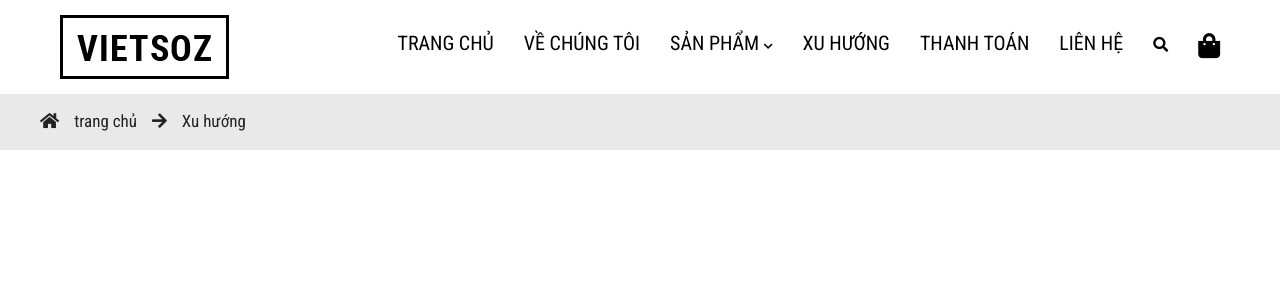
Repository: vinhtk0209/Vietsoz-reponsive
Page: index.html
These files come from the project's save history. The page is drawn as it stood at one moment and after a run of saves; the edit follows.
The browser window is 1280 px wide. The pictures show the whole page.

Above is the page before, as saved 2021-10-23 16:47:27.

### index.html
<!DOCTYPE html>
<html lang="en">
  <head>
    <meta charset="UTF-8" />
    <meta http-equiv="X-UA-Compatible" content="IE=edge" />
    <meta name="viewport" content="width=device-width, initial-scale=1.0" />
    <link rel="stylesheet" href="assets/css/reset.css" />
    <link rel="stylesheet" href="assets/css/global.css" />
    <link rel="stylesheet" href="assets/css/main.css" />
    <link rel="stylesheet" href="assets/fontawesome/css/all.css" />
    <link rel="stylesheet" href="assets/css/reponsive.css">
    <link rel="preconnect" href="https://fonts.googleapis.com" />
    <link rel="preconnect" href="https://fonts.gstatic.com" crossorigin />
    <link
      href="https://fonts.googleapis.com/css2?family=Roboto:ital,wght@0,100;0,300;0,400;0,500;0,700;0,900;1,100;1,300;1,400;1,500;1,700;1,900&display=swap"
      rel="stylesheet"
    />
    <link rel="preconnect" href="https://fonts.googleapis.com" />
    <link rel="preconnect" href="https://fonts.gstatic.com" crossorigin />
    <link
      href="https://fonts.googleapis.com/css2?family=Roboto+Condensed:ital,wght@0,300;0,400;0,700;1,300;1,400;1,700&display=swap"
      rel="stylesheet"
    />
    <div id="fb-root"></div>
    <script
      async
      defer
      crossorigin="anonymous"
      src="https://connect.facebook.net/vi_VN/sdk.js#xfbml=1&version=v11.0"
      nonce="ecJjSUD8"
    ></script>
    <title>VIESOZ</title>
  </head>

  <body>
    <!-- wrapper starts -->
    <div class="wrapper">
      <!-- header starts -->
      <header class="header">
        <div class="container">
          <div
            class="wp-header-top d-flex align-i-center justify-content-between"
          >
            <div class="header-banner">
              <img src="assets/images/logo.png" alt="" />
            </div>
            <nav class="header-main-menu">
              <ul class="d-flex">
                <li><a href="">trang chủ</a></li>
                <li><a href="">về chúng tôi</a></li>
                <li>
                  <a href=""
                    >sản phẩm
                    <span class="arrow-down"
                      ><i class="fas fa-chevron-down"></i></span
                  ></a>
                  <ul class="sub-meu">

                  </ul>
                </li>
                <li><a href="">xu hướng</a></li>
                <li><a href="">thanh toán</a></li>
                <li><a href="">liên hệ</a></li>
                <li>
                  <a href=""
                    ><span class="search"><i class="fas fa-search"></i></span
                  ></a>
                </li>
                <li>
                  <a href="" class="shopping-cart"
                    ><span class="icon-cart"
                      ><i class="fas fa-shopping-bag"></i></span
                  ></a>
                </li>
              </ul>
            </nav>
          </div>
        </div>
        <div class="wp-head-extra-menu">
          <ul class="list-menu-header-extra d-flex container">
            <li>
              <a href="">
                <span class="home-icon">
                  <i class="fas fa-home"></i>
                </span>
              </a>
            </li>

            <li class="home-text">
              <a href="">trang chủ</a>
            </li>
            <li>
              <a href="">
                <span class="arrow-righ">
                  <i class="fas fa-arrow-right"></i>
                </span>
              </a>
            </li>
            <li class="trend">
              <a href="">Xu hướng</a>
            </li>
          </ul>
        </div>

      </header>
      <!-- header ends -->

      <!-- content starts -->
      <!-- wp-content starts -->


      <!-- wp-content ends -->

      <!-- sidebar starts -->


      <!-- sidebar ends -->

      <!-- content ends -->

    </div>
    <!-- wrapper ends -->
  </body>
</html>

### assets/css/reset.css
/*
 * Bootstrap Reboot v4.3.1 (https://getbootstrap.com/)
 * Copyright 2011-2019 The Bootstrap Authors
 * Copyright 2011-2019 Twitter, Inc.
 * Licensed under MIT (https://github.com/twbs/bootstrap/blob/master/LICENSE)
 * Forked from Normalize.css, licensed MIT (https://github.com/necolas/normalize.css/blob/master/LICENSE.md)
 */

*,
*::before,
*::after {
    box-sizing: border-box;
}

html {
    font-family: sans-serif;
    line-height: 1.15;
    -webkit-text-size-adjust: 100%;
    -webkit-tap-highlight-color: rgba(0, 0, 0, 0);
}

article,
aside,
figcaption,
figure,
footer,
header,
hgroup,
main,
nav,
section {
    display: block;
}

body {
    margin: 0;
    font-family: -apple-system, BlinkMacSystemFont, "Segoe UI", Roboto, "Helvetica Neue", Arial, "Noto Sans", sans-serif, "Apple Color Emoji", "Segoe UI Emoji", "Segoe UI Symbol", "Noto Color Emoji";
    font-size: 1rem;
    font-weight: 400;
    line-height: 1.5;
    color: #212529;
    text-align: left;
    background-color: #fff;
}

[tabindex="-1"]:focus {
    outline: 0 !important;
}

hr {
    box-sizing: content-box;
    height: 0;
    overflow: visible;
}

h1,
h2,
h3,
h4,
h5,
h6 {
    margin-top: 0;
    margin-bottom: 0.5rem;
}

p {
    margin-top: 0;
    margin-bottom: 1rem;
}

abbr[title],
abbr[data-original-title] {
    text-decoration: underline;
    -webkit-text-decoration: underline dotted;
    text-decoration: underline dotted;
    cursor: help;
    border-bottom: 0;
    -webkit-text-decoration-skip-ink: none;
    text-decoration-skip-ink: none;
}

address {
    margin-bottom: 1rem;
    font-style: normal;
    line-height: inherit;
}

ol,
ul,
dl {
    margin-top: 0;
    margin-bottom: 1rem;
}

ol ol,
ul ul,
ol ul,
ul ol {
    margin-bottom: 0;
}

dt {
    font-weight: 700;
}

dd {
    margin-bottom: .5rem;
    margin-left: 0;
}

blockquote {
    margin: 0 0 1rem;
}

b,
strong {
    font-weight: bolder;
}

small {
    font-size: 80%;
}

sub,
sup {
    position: relative;
    font-size: 75%;
    line-height: 0;
    vertical-align: baseline;
}

sub {
    bottom: -.25em;
}

sup {
    top: -.5em;
}

a {
    color: #007bff;
    text-decoration: none;
    background-color: transparent;
}

a:hover {
    color: #0056b3;
    text-decoration: underline;
}

a:not([href]):not([tabindex]) {
    color: inherit;
    text-decoration: none;
}

a:not([href]):not([tabindex]):hover,
a:not([href]):not([tabindex]):focus {
    color: inherit;
    text-decoration: none;
}

a:not([href]):not([tabindex]):focus {
    outline: 0;
}

pre,
code,
kbd,
samp {
    font-family: SFMono-Regular, Menlo, Monaco, Consolas, "Liberation Mono", "Courier New", monospace;
    font-size: 1em;
}

pre {
    margin-top: 0;
    margin-bottom: 1rem;
    overflow: auto;
}

figure {
    margin: 0 0 1rem;
}

img {
    vertical-align: middle;
    border-style: none;
}

svg {
    overflow: hidden;
    vertical-align: middle;
}

table {
    border-collapse: collapse;
}

caption {
    padding-top: 0.75rem;
    padding-bottom: 0.75rem;
    color: #6c757d;
    text-align: left;
    caption-side: bottom;
}

th {
    text-align: inherit;
}

label {
    display: inline-block;
    margin-bottom: 0.5rem;
}

button {
    border-radius: 0;
}

button:focus {
    outline: 1px dotted;
    outline: 5px auto -webkit-focus-ring-color;
}

input,
button,
select,
optgroup,
textarea {
    margin: 0;
    font-family: inherit;
    font-size: inherit;
    line-height: inherit;
}

button,
input {
    overflow: visible;
}

button,
select {
    text-transform: none;
}

select {
    word-wrap: normal;
}

button,
[type="button"],
[type="reset"],
[type="submit"] {
    -webkit-appearance: button;
}

button:not(:disabled),
[type="button"]:not(:disabled),
[type="reset"]:not(:disabled),
[type="submit"]:not(:disabled) {
    cursor: pointer;
}

button::-moz-focus-inner,
[type="button"]::-moz-focus-inner,
[type="reset"]::-moz-focus-inner,
[type="submit"]::-moz-focus-inner {
    padding: 0;
    border-style: none;
}

input[type="radio"],
input[type="checkbox"] {
    box-sizing: border-box;
    padding: 0;
}

input[type="date"],
input[type="time"],
input[type="datetime-local"],
input[type="month"] {
    -webkit-appearance: listbox;
}

textarea {
    overflow: auto;
    resize: vertical;
}

fieldset {
    min-width: 0;
    padding: 0;
    margin: 0;
    border: 0;
}

legend {
    display: block;
    width: 100%;
    max-width: 100%;
    padding: 0;
    margin-bottom: .5rem;
    font-size: 1.5rem;
    line-height: inherit;
    color: inherit;
    white-space: normal;
}

progress {
    vertical-align: baseline;
}

[type="number"]::-webkit-inner-spin-button,
[type="number"]::-webkit-outer-spin-button {
    height: auto;
}

[type="search"] {
    outline-offset: -2px;
    -webkit-appearance: none;
}

[type="search"]::-webkit-search-decoration {
    -webkit-appearance: none;
}

::-webkit-file-upload-button {
    font: inherit;
    -webkit-appearance: button;
}

output {
    display: inline-block;
}

summary {
    display: list-item;
    cursor: pointer;
}

template {
    display: none;
}

[hidden] {
    display: none !important;
}


/*# sourceMappingURL=bootstrap-reboot.css.map */

### assets/css/global.css
/* .text-center{
    text-align: center;
}
.text-left{
    text-align: left;
}
.text-right{
    text-align: right;
}
.float-left{
    float:left;

}
.float-right{
    float:right;
}
.container{
    width:1150px;
    margin:0px auto;


}
.flex-space{
    display:flex;
    justify-content:space-between;
}
.align-i-center{
    align-items: center;
}
.mg-top-30{
    margin-top: 30px;
}
.mg-top-22{
    margin-top: 22px;
}
.d-flex{
    display:flex;
}
.bg-black{

    background-color: #131619;
}
.pt-10{
    padding-top: 10px;
} */
.container {
    max-width: 1200px;

    margin: 0px auto;
    /* display:flex; */

}

.justify-content-between {
    justify-content: space-between;
}

.d-flex {
    display: flex;
}

.jus-between {
    justify-content: space-between;
}

.align-i-center {
    align-items: center;
}

.mg-bottom-80 {
    margin-bottom: 80px;
}

.fl-basics-30 {
    flex-basis: 30%;
}

.pd-top-40 {
    padding-top: 40px;
}
.pd-top-10{
    padding-top:10px;
}
.text-center {
    text-align: center;
}

### assets/css/main.css
* {
    margin: 0;
    padding: 0;
}

body {
    /* font-family: 'Roboto', sans-serif; */
    line-height: 1.5;
}

ul {
    list-style-type: none;
    margin-bottom: 0px;
}

p,
h1,
h2,
h4 {
    margin-bottom: 0px;
}

.header {
    font-family: 'Roboto Condensed', sans-serif;
    margin-bottom: 45px;
    padding:15px 0;
}

.wp-header-top {
    width: 100%;
    /* display:flex; */
    /* min-height: 110px; */
    margin-bottom: 15px;
    padding:0 20px;
}

.header-main-menu ul li:not(:first-child) {
    padding-left: 30px;
}

.header-main-menu ul li a {
    text-decoration: none;

    font-size: 20px;
    text-transform: uppercase;
    font-weight: 400;
    color: #000000;

}

.header-main-menu ul li a span.arrow-down {
    font-size: 10px;
}

.header-main-menu ul li a span.search {
    font-size: 15px;
}

.header-main-menu ul li a span.icon-cart {
    font-size: 25px;
}




.wp-head-extra-menu {
    background-color: #e9e9e9;
    min-height: 50px;
    padding:0 20px;
}

ul.list-menu-header-extra li:not(:first-child) {
    padding-left: 15px;
}

ul.list-menu-header-extra li {
    padding: 15px 0px;

}

ul.list-menu-header-extra {
    margin-bottom: 0px;
}

ul.list-menu-header-extra li a {
    text-decoration: none;
    font-size: 17px;
    color: #222222;
    font-weight: 400;
    box-sizing: border-box;
}


#content {
    font-family: 'Roboto', sans-serif;
}

.wp-content-news {
    max-width: 820px;

}

.wp-content-news ul.list-news li {
    display: flex;
    min-height: 227px;
    padding-bottom: 15px;
    border-bottom: 1px solid #a69e9e;
    margin-bottom: 20px;
    overflow: hidden;
}

.wp-content-news ul.list-news li:last-child {
    border: none;

}
.wp-content-news ul.list-news .image-news a{
    display:block;
    transition:transform 1s;

}
.wp-content-news ul.list-news .image-news a:hover{
    transform: scale(1.05);
}
.wp-content-news ul.list-news li .more-info a.title {
    padding-bottom: 15px;
    font-size: 24px;
    font-weight: 500;
    color: #333333;
    text-decoration: none;
}

.wp-content-news ul.list-news li .more-info p.date {
    font-size: 13px;
    color: #a69e9e;
    font-weight: 300;
}

.wp-content-news ul.list-news li .more-info p.content {
    padding-top: 25px;
    font-size: 14px;
    font-weight: 400;
    margin-bottom: 0px;
    color: #777777;

}

.wp-content-news ul.list-news li {
    font-weight: 400;
}

.wp-content-news ul.list-news li a {
    text-decoration: none;
}

.wp-content-news ul.list-news li .more-info {
    padding-left: 15px;

}

.wp-content-news .pages-num li:first-child {
    margin-right: 12px;
    font-size: 14px;
    text-transform: capitalize;

}

.wp-content-news .pages-num a {
    text-decoration: none;
}

.wp-content-news .pages-num li:not(:first-child) {
    margin-left: 7px;
    font-size: 13px;
    padding: 5px 12px;
    border: 1px solid #e9e9e9;
    transition: all 0.5s;

}

.wp-content-news .pages-num li:not(:first-child):hover {
    background-color: #272727;

}

.wp-content-news .pages-num li:not(:first-child):hover a {
    color: #ffffff;
}

.wp-content-news .pages-num li:not(:first-child) a {
    color: #0b0b0b;
}

.wp-content-list-caterory {
    /* padding-left: 90px; */
    font-weight: bold;
    max-width: 310px;
}

.wp-content-list-caterory .box-caterory {
    margin-bottom: 50px;
}

.wp-content-list-caterory .box-caterory .box-title {
    padding-top: 20px;
    padding-bottom: 20px;
    padding-left: 25px;
    background-color: #283943;
    color: #ffffff;


}

.wp-content-list-caterory .box-caterory .box-title h3 {
    margin-bottom: 0;
    font-size: 21px;

    text-transform: uppercase;

}

.wp-content-list-caterory .box-caterory .box-body ul {
    padding-left: 25px;
    padding-top: 20px;
    padding-bottom: 20px;
    padding-right: 15px;
    border: 1px solid #a69e9e;

}

.wp-content-list-caterory .box-caterory .box-body ul li {
    border-bottom: 1px solid #a69e9e;
    padding-bottom: 10px;


}

.box-caterory .box-body ul li:not(:first-child) {
    margin-top: 10px;

}

.box-caterory .box-body ul li a span.arrow-right {
    float: right;

}

.wp-content-list-caterory .box-caterory .box-body ul li a {
    text-decoration: none;
    color: #333333;
    text-transform: uppercase;
    font-size: 14px;
    transition: all 0.5s;
}

.box-caterory .box-body ul li:hover a {
    color: #d5be00;
}

.box-caterory .box-body ul li:hover {
    border-bottom: 1px solid #d5be00;
}

.box-banner {
    margin-bottom: 45px;
}


.list-product {
    border: 1px solid #a69e9e;

}

.list-product ul li {
    display: flex;
}

.list-product ul li a.title {
    font-size: 14px;
    text-decoration: none;
}

.wp-content-list-caterory .box-product {
    font-weight: 500;
}

.wp-content-list-caterory .box-product .box-title {
    padding-top: 20px;
    padding-bottom: 20px;
    padding-left: 25px;
    background-color: #283943;
    color: #ffffff;
    text-transform: uppercase;
}

.box-product {}

.box-product .box-body ul {
    padding: 10px 15px;
}

.box-product .box-body ul li {
    border-bottom: 1px solid #a69e9e;
    padding-bottom: 20px;
    margin-bottom: 10px;
}

.box-product .box-body ul li:last-child {
    border: none;
}

.box-product .box-body .image-product {
    margin-right: 10px;
}

.box-product .box-body .info-product a.title {
    color: #272727;
    font-size: 14px;
    padding-bottom: 15px;
    display: block;
}

.box-product .box-body .info-product p {
    padding-bottom: 4px;
    display: block;
}

.box-product .box-body .info-product p.price:not(span.discount) {
    font-size: 15px;
    color: #d40707;
    padding-right: 8px;
}

.box-product .box-body .info-product span.discount {
    font-size: 12px;
    color: #909090;
}

.box-product .box-body .info-product a.details {
    font-size: 13px;
    color: #00708c;
    text-decoration: underline;
    /* margin:0; */
}

.box-product .box-body .info-product span.buy-arrow-right {
    padding-left: 2px;
}

.footer {
    background-color: #1b1b1b;
    min-height: 410px;
    padding-top: 70px;
    color: #ffffff;
    font-size: 16px;
    font-weight: 300;
}

.footer a {
    text-decoration: none;
    color: #ffffff;
}
.footer h3{
    font-size: 28px;
    text-transform: uppercase;
}
.footer ul {
    list-style: circle;
}
.footer ul.footer-caterory li:not(:first-child){
    padding-top:15px;

}
.footer ul.footer-seller li:not(:first-child){
    padding-top:15px;
}
.footer .footer-facebook{
    padding-top:90px;
}
.copyright{
    min-height: 50px;
    background-color:#ffffff;
}

/* .footer .box-body ul.footer-caterory{
    list-style:  circle;
}


} */

Loaded but not shown: assets/fontawesome/css/all.css (library); assets/css/reponsive.css (no copy from this time; the picture is the same without it)

After the next 7 saves:
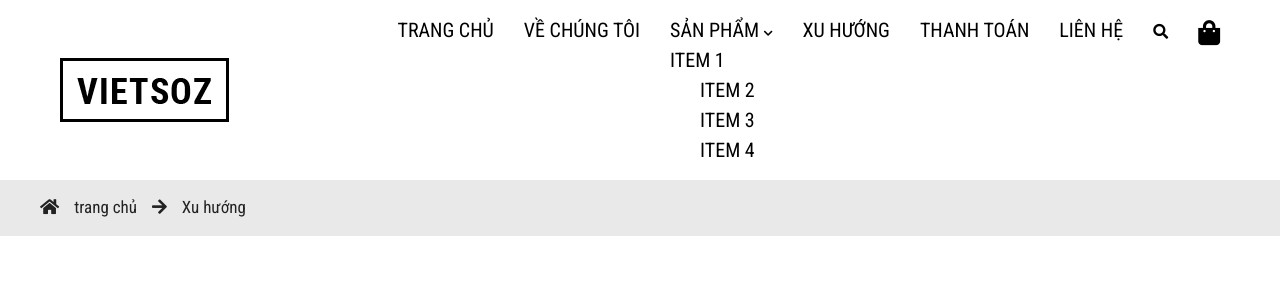
The 7 saves are shown as one change because they came seconds apart.
The last was saved 19 s later.
--- a/index.html
+++ b/index.html
@@ -55,7 +55,10 @@
                       ><i class="fas fa-chevron-down"></i></span
                   ></a>
                   <ul class="sub-meu">
-
+                    <li><a href="">Item 1</a></li>
+                    <li><a href="">Item 2</a></li>
+                    <li><a href="">Item 3</a></li>
+                    <li><a href="">Item 4</a></li>
                   </ul>
                 </li>
                 <li><a href="">xu hướng</a></li>
